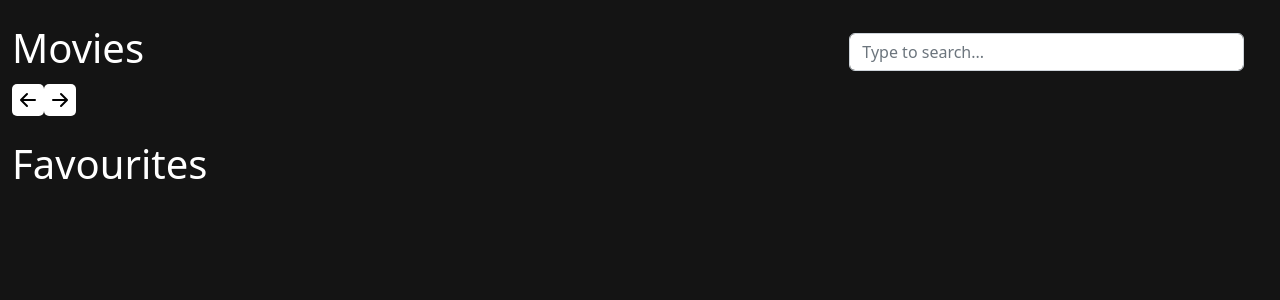
Repository: DeraBola/movie-app
Page: /
These files come from the project's save history. The page is drawn as it stood at one moment and after the next save; the edit follows.
The browser window is 1280 px wide. The pictures show the whole page.
The page's requests for data from a server got no answer. The project was rebuilt for these pictures with package versions that can differ from the ones it lists, and the page was loaded fresh each time. No one was signed in, and anything a server would have sent is missing. Also part of the build but not shown: src/components/AddFavourites.js, src/components/RemoveFavourites.js.

Above is the page before, as saved 2022-09-02 11:31:56.

After the next save:
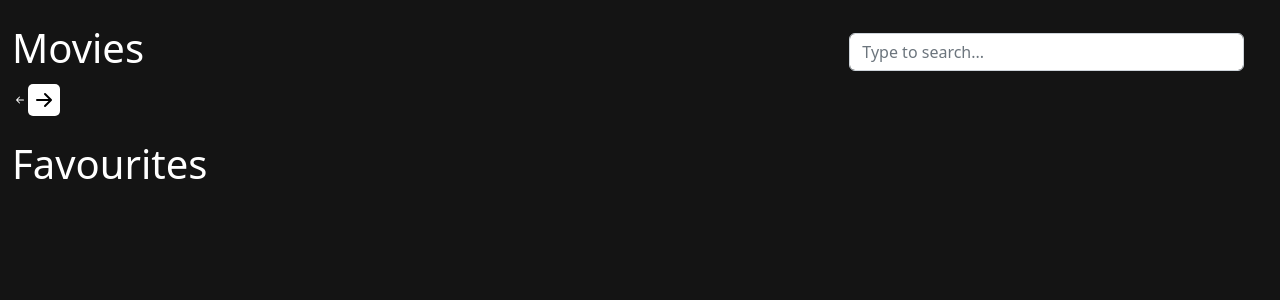
Saved 14 s later.
--- a/src/App.js
+++ b/src/App.js
@@ -91,7 +91,7 @@ const scrollRef = useRef(null);
       </div>
       <div className="poster-images_arrow">
           <BsArrowLeftShort
-            className="gallery__arrow-icon"
+            className="poster __arrow-icon"
             onClick={() => scroll("left")}
           />
           <BsArrowRightShort
